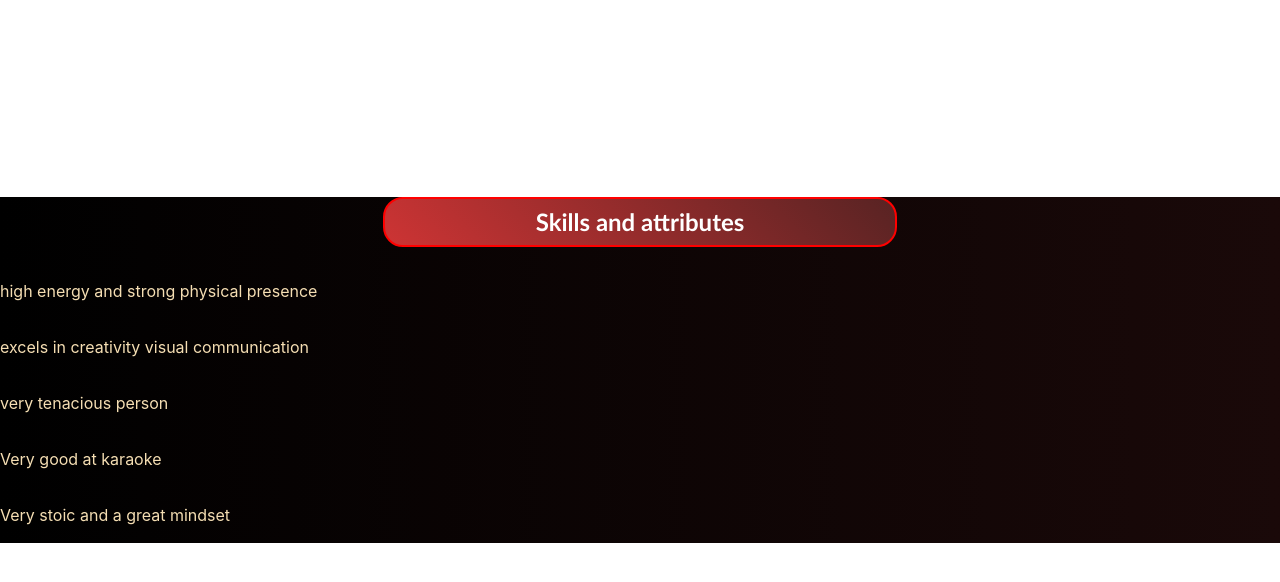
Repository: TMuse333/resume1
Page: /
These files come from the project's save history. The page is drawn as it stood at one moment and after a run of saves; the edit follows.
The browser window is 1280 px wide. The pictures show the whole page.
The project was rebuilt for these pictures with package versions that can differ from the ones it lists, and the page was loaded fresh each time. Also part of the build but not shown: vite.config.js, src/components/navbar.jsx, src/components/about.jsx, src/components/contact.jsx, src/components/footer.jsx, src/components/experience.jsx, src/components/carousel.jsx, src/components/experienceCarousel.jsx and 4 more. Imported but missing from the stored project, and not drawn on this page: src/images/best_dunk.mp4.

Above is the page before, as saved 2023-10-18 14:54:29.

After the next 3 saves:
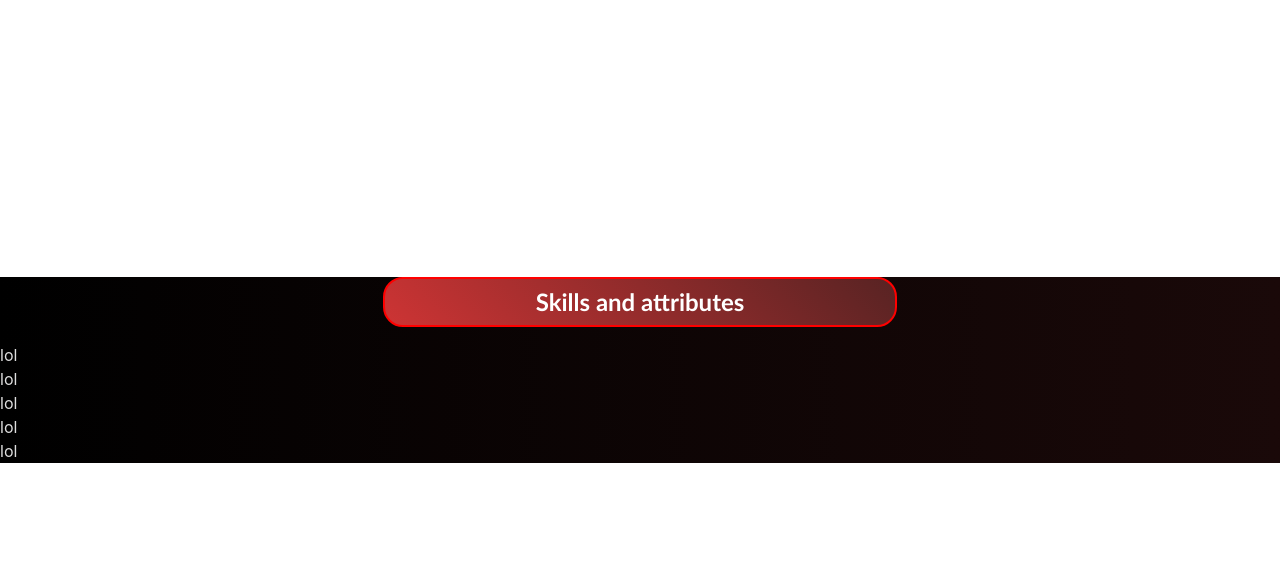
The 3 saves are shown as one change because 2 did not build or start.
The last was saved 98 s later.
--- a/src/components/skills.jsx
+++ b/src/components/skills.jsx
@@ -106,47 +106,7 @@ const Skills = () => {
       <h2 className="section-title">Skills and attributes</h2>
       <div className="skills-container ">
         {attributes.map((skill, index) => (
-          <motion.div
-            key={index}
-
-            className="attribute-container"
-            // variants={staggerVariants}
-            // initial="hidden"
-          //  animate={skillsInView[index] ? 'visible' : 'hidden'}
-            custom={index}
-            // style={style(index)}
-
-
-          >
-
-            <p>{skill.name}</p>
-            <p></p>
-
-
-                {/* <div className='skill-description'>
-                {skill.description}
-
-                </div> */}
-
-
-
-              {/* {isSkillDescriptionVisible[index] && selectedSkillIndex === index? skill.description : null} */}
-
-
-               {/* <button
-                onClick={() => handleSkillClick(index)}
-                style={skillStyles(index)}
-                onMouseEnter={()=>setIsHovered(index)}
-                onMouseLeave={()=>setIsHovered(-1)}>
-                   {isSkillDescriptionVisible[index] && selectedSkillIndex ===index ? 'close' : 'learn more'}
-               </button> */}
-
-
-
-
-
-
-          </motion.div>
+         <div>lol</div>
         ))}
       </div>
     </section>
